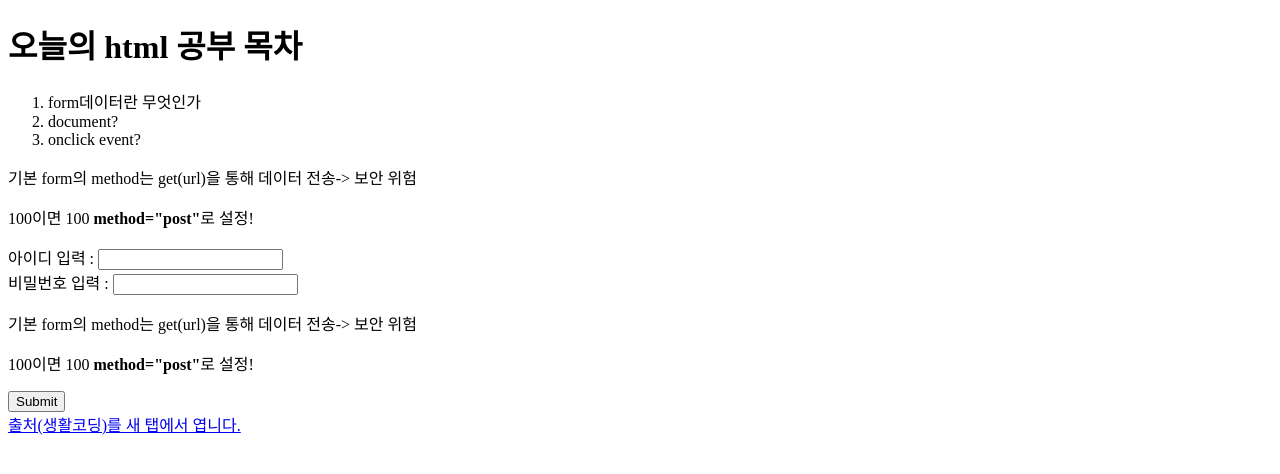
Repository: PareutPareut/frontend
Page: markDowns/study1129.html
These files come from the project's save history. The page is drawn as it stood at one moment and after the next save; the edit follows.
The browser window is 1280 px wide. The pictures show the whole page.

Above is the page before, as saved 2023-11-29 14:56:17.

### markDowns/study1129.html
<!doctype html>
<html>
    <head>
        <meta charset="utf-8"/>
        <title>html- form, document, onclick event</title>
    </head>
    <body>
        <header>
            <h1>오늘의 html 공부 목차</h1>
        </header>
        <ol>
            <li>form데이터란 무엇인가</li>
            <li>document?</li>
            <li>onclick event?</li>
        </ol>

        <form action="localhost:3000/user" method="post">
            <div>
                <p>기본 form의 method는 get(url)을 통해 데이터 전송-> 보안 위험</p>
                <p>100이면 100 <strong>method="post"</strong>로 설정!</p>
            </div>

            <div>
                <label for="put_id"> 아이디 입력 : </label>
                <input type="text" id="put_id" name="id">
            </div>

            <div>
                <label for="put_pwd">비밀번호 입력 : </label>
                <input type="password" id="put_pwd" name="pwd">
            </div>

            <div>
                <p>기본 form의 method는 get(url)을 통해 데이터 전송-> 보안 위험</p>
                <p>100이면 100 <strong>method="post"</strong>로 설정!</p>
            </div>

            <input type="submit">
        </form>


        <script>

        </script>

        <footer>
            <a href="https://opentutorials.org/course/2039/10962" target="_blank">출처(생활코딩)를 새 탭에서 엽니다.</a>
        </footer>


    </body>
</html>

After the next save:
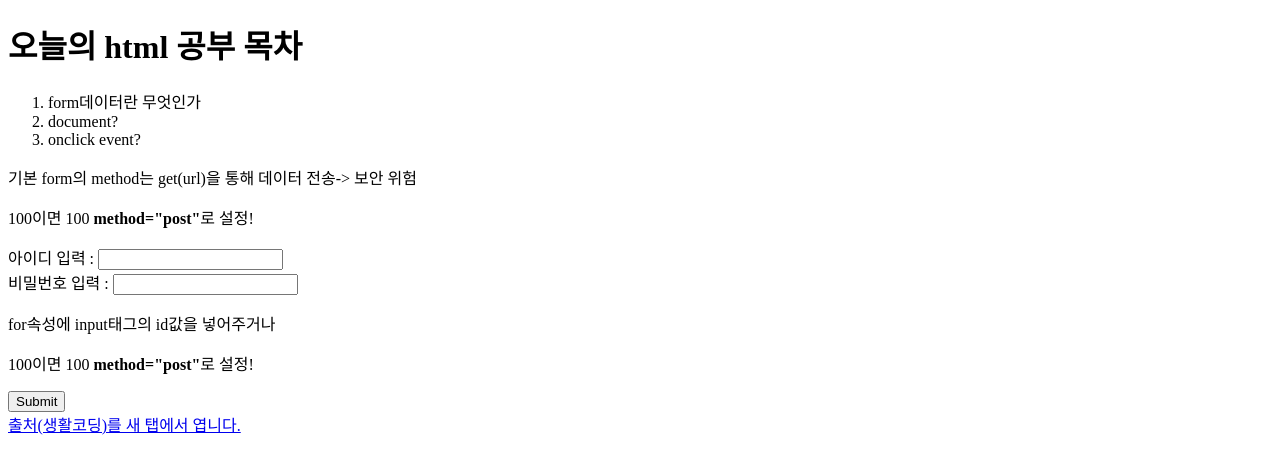
Saved 41 s later.
--- a/markDowns/study1129.html
+++ b/markDowns/study1129.html
@@ -31,7 +31,7 @@
             </div>
 
             <div>
-                <p>기본 form의 method는 get(url)을 통해 데이터 전송-> 보안 위험</p>
+                <p>for속성에 input태그의 id값을 넣어주거나 </p>
                 <p>100이면 100 <strong>method="post"</strong>로 설정!</p>
             </div>
 
